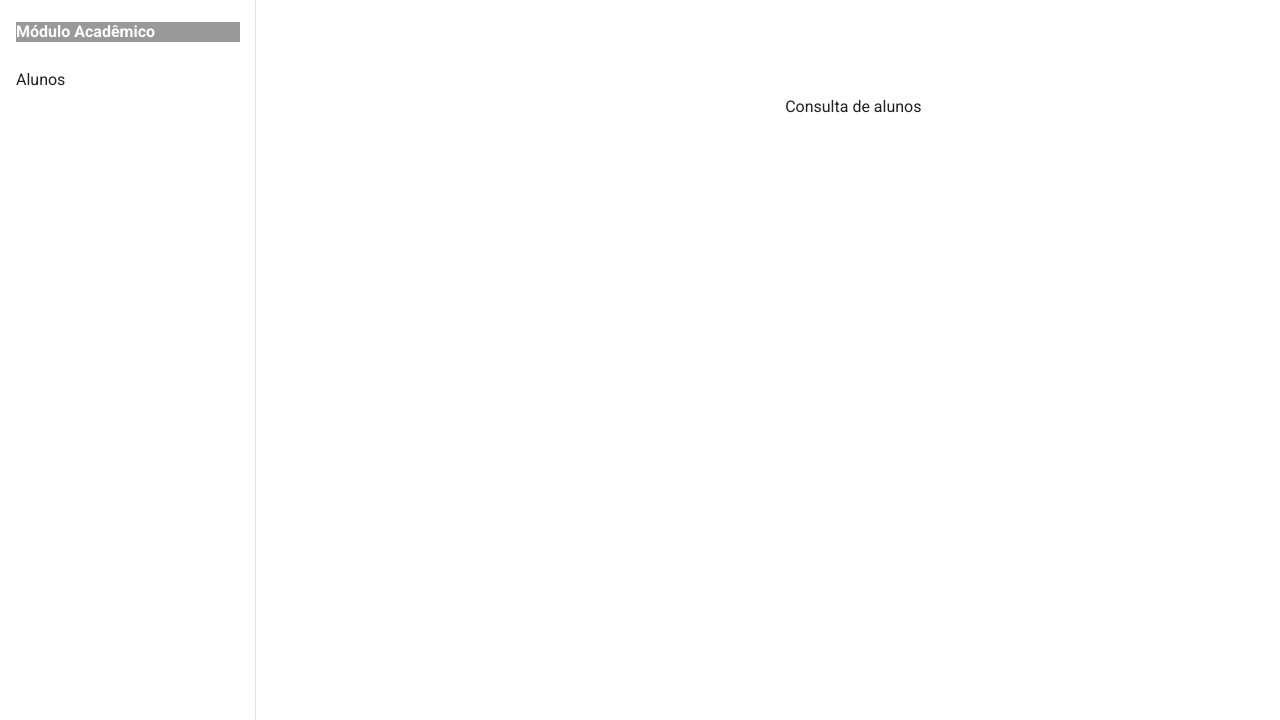
Repository: sergiohidekiono/vue-student
Page: /
The author's editor kept a copy of each file at every save. The page is drawn from the files as they stood at one save, then again after the next save.
The browser window is 1280 px wide. The pictures show the whole page.
The project was rebuilt for these pictures with package versions that can differ from the ones it lists, and the page was loaded fresh each time. Also part of the build but not shown: vue.config.js.

Above is the page before, as saved 2024-08-07 09:32:09.

After the next save:
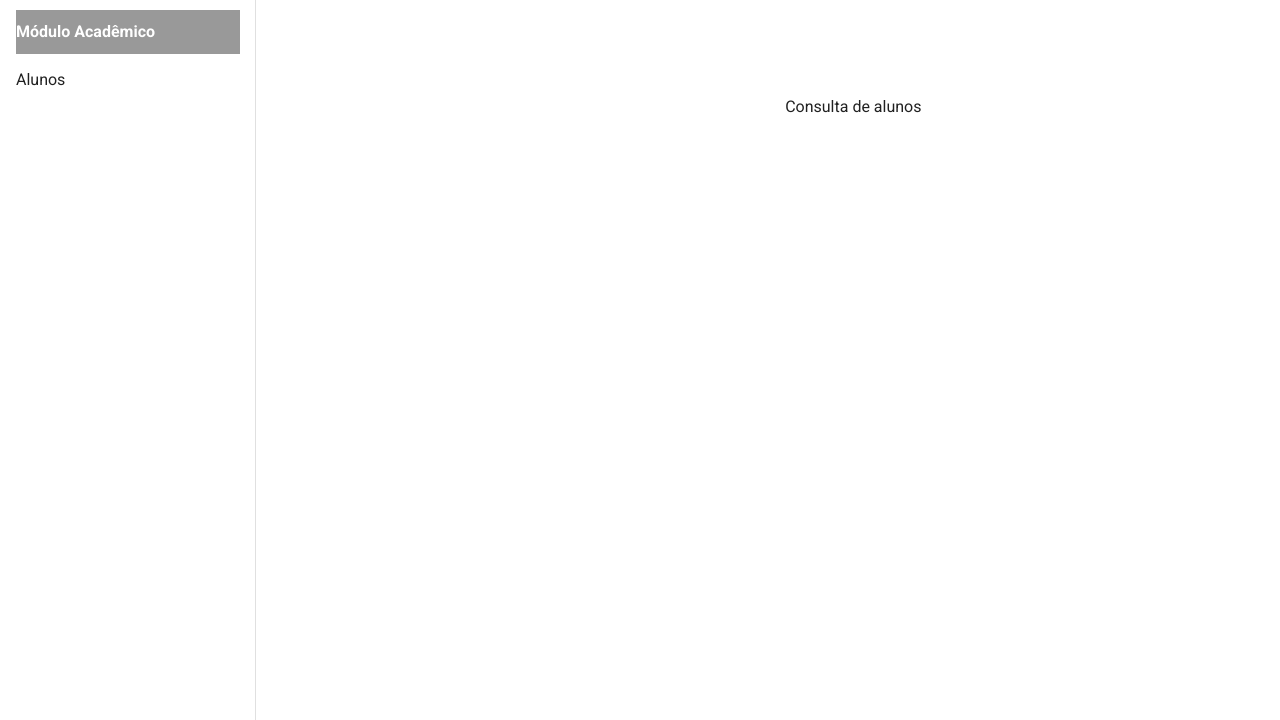
Saved 31 s later.
--- a/src/components/student-list.vue
+++ b/src/components/student-list.vue
@@ -26,8 +26,8 @@
                 <v-navigation-drawer v-model="drawer" app clipped :permanent="false">
                     <v-list>
                         <v-list-item>
-                            <v-list-item-content style="color: white; background: #999999; padding: 0; margin: 0;">
-                                <v-list-item-title  style="padding: 0; margin: 0;">
+                            <v-list-item-content class="header-table">
+                                <v-list-item-title style="padding: 0; margin: 0;">
                                     <h4>Módulo Acadêmico</h4>
                                 </v-list-item-title>
                             </v-list-item-content>
@@ -52,4 +52,9 @@
 <script>
 </script>
 
-<style></style>
+<style>
+.header-table {
+    color: white;
+    background: #999999;
+}
+</style>

After the 2 saves that followed:
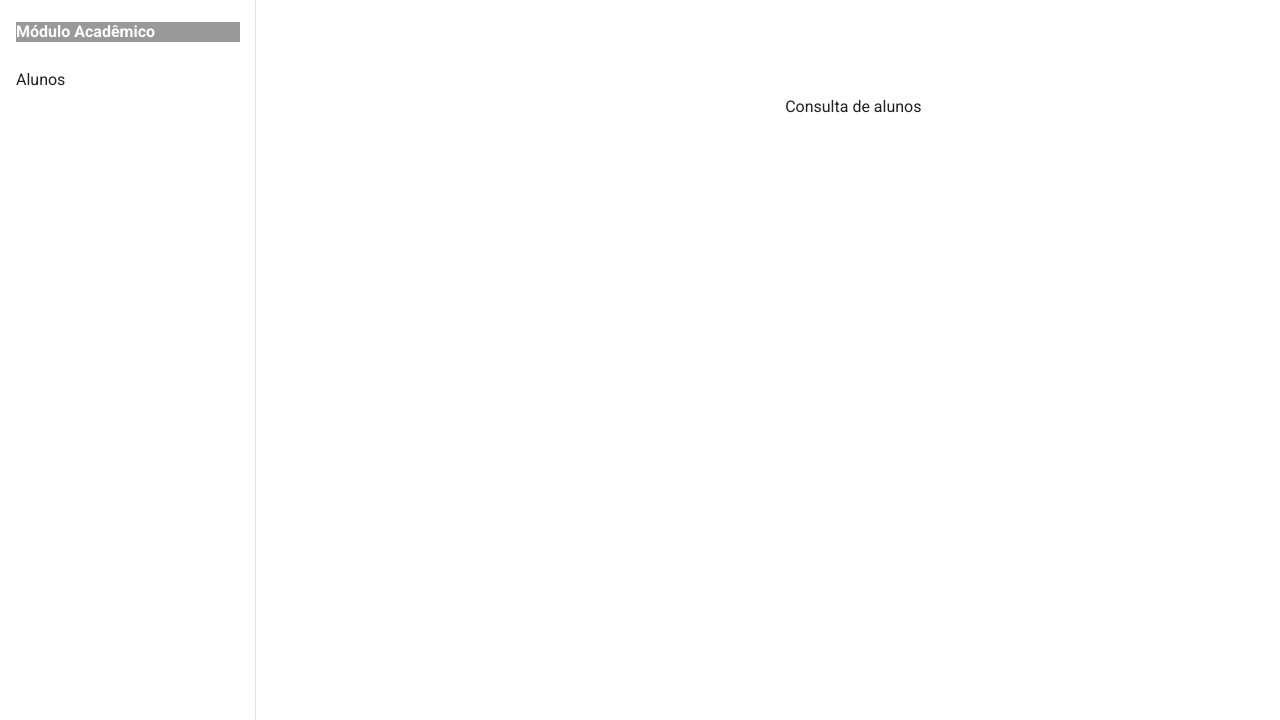
The 2 saves are shown as one change because 1 left the picture as it was.
The last was saved 54 s later.
--- a/src/components/student-list.vue
+++ b/src/components/student-list.vue
@@ -56,5 +56,6 @@
 .header-table {
     color: white;
     background: #999999;
+    padding: 0!important;
 }
 </style>
